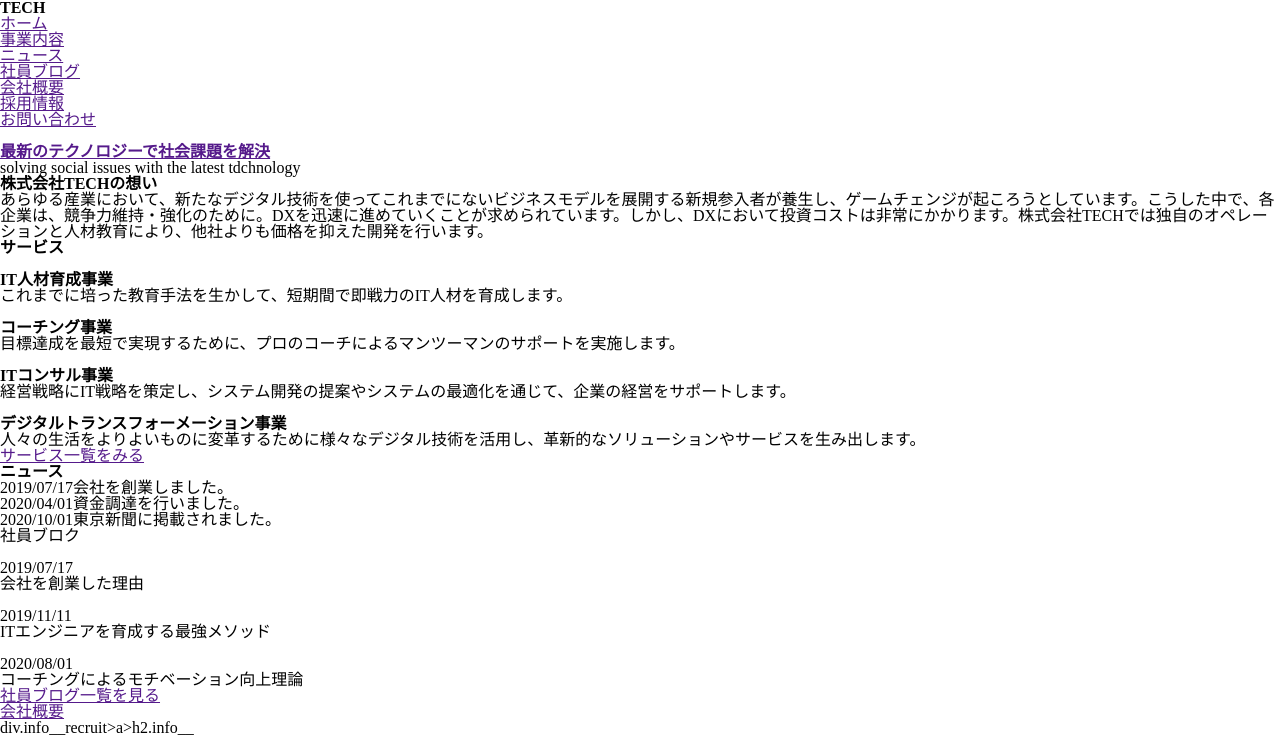
Repository: masanarimiura/20220516_miura
Page: index.html
These files come from the project's save history. The page is drawn as it stood at one moment and after a run of saves; the edit follows.
The browser window is 1280 px wide. The pictures show the whole page.

Above is the page before, as saved 2022-05-13 15:34:47.

### index.html
<!DOCTYPE html>
<html lang="ja">

<head>
  <meta charset="UTF-8">
  <meta http-equiv="X-UA-Compatible" content="IE=edge">
  <meta name="viewport" content="width=device-width, initial-scale=1.0">
  <title>Document</title>
  <link rel="stylesheet" href="css/reset.css">
  <link rel="stylesheet" href="css/index.css">
</head>

<body>

  <header class="header">
    <h2 class="header__ttl">TECH</h2>
    <nav class="header__nav">
      <ul>
        <li><a href="" class="header__nav__item1">ホーム</a></li>
        <li><a href="" class="header__nav__item2">事業内容</a></li>
        <li><a href="" class="header__nav__item3">ニュース</a></li>
        <li><a href="" class="header__nav__item4">社員ブログ</a></li>
        <li><a href="" class="header__nav__item5">会社概要</a></li>
        <li><a href="" class="header__nav__item6">採用情報</a></li>
        <li><a href="" class="header__nav__item7">お問い合わせ</a></li>
      </ul>
    </nav>
  </header>

  <div class="eyecatch">
    <img src="" alt="" class="eyecatch__img">
    <div class="eyecatch__content">
      <h2 class="eyecatch__content__ttl"><a href="" class="link">最新のテクノロジーで社会課題を解決</a></h2>
      <p class="eyecatch__content__ttl">solving social issues with the latest tdchnology</p>
    </div>
  </div>

  <div class="message">
    <h1 class="message__ttl">株式会社TECHの想い</h1>
    <p class="message__txt">
      あらゆる産業において、新たなデジタル技術を使ってこれまでにないビジネスモデルを展開する新規参入者が養生し、ゲームチェンジが起ころうとしています。こうした中で、各企業は、競争力維持・強化のために。DXを迅速に進めていくことが求められています。しかし、DXにおいて投資コストは非常にかかります。株式会社TECHでは独自のオペレーションと人材教育により、他社よりも価格を抑えた開発を行います。
    </p>
  </div>

  <div class="service">
    <h2 class="service__ttl">サービス</h2>
    <div class="service__inner">
      <div class="service__box1">
        <img src="" alt="" class="service__box__img">
        <h3 class="service__box__ttl">IT人材育成事業</h3>
        <p class="service__box__txt">これまでに培った教育手法を生かして、短期間で即戦力のIT人材を育成します。</p>
      </div>
      <div class="service__box2">
        <img src="" alt="" class="service__box__img">
        <h3 class="service__box__ttl">コーチング事業</h3>
        <p class="service__box__txt">目標達成を最短で実現するために、プロのコーチによるマンツーマンのサポートを実施します。</p>
      </div>
      <div class="service__box3">
        <img src="" alt="" class="service__box__img">
        <h3 class="service__box__ttl">ITコンサル事業</h3>
        <p class="service__box__txt">経営戦略にIT戦略を策定し、システム開発の提案やシステムの最適化を通じて、企業の経営をサポートします。</p>
      </div>
      <div class="service__box4">
        <img src="" alt="" class="service__box__img">
        <h3 class="service__box__ttl">デジタルトランスフォーメーション事業</h3>
        <p class="service__box__txt">人々の生活をよりよいものに変革するために様々なデジタル技術を活用し、革新的なソリューションやサービスを生み出します。</p>
      </div>
    </div>
    <div class="service__link"><a href="" class="">サービス一覧をみる</a></div>
  </div>

  <div class="news">
    <div class="news__ttl">
      <h2 class="news__ttl-txt">ニュース</h2>
      <div class="news__ttl-link"><a href=""></a></div>
    </div>
    <div class="news__content">
      <ul class="news__content-inner">
        <li class="news__content-tpic1">
          <p><a herf="">2019/07/17<span>会社を創業しました。</span></a></p>
        </li>
        <li class="news__content-tpic2">
          <p><a herf="">2020/04/01<span>資金調達を行いました。</span></a></p>
        </li>
        <li class="news__content-tpic3">
          <p><a herf="">2020/10/01<span>東京新聞に掲載されました。</span></a></p>
        </li>
      </ul>
    </div>
  </div>

  <div class="blog">
    <h class="blog__ttl">社員ブロク</h>
    <div class="blog__inner">
      <div class="blog__box1">
        <a href=""><img src="" alt="" class="blog__img"></a>
        <p class="blog__date">2019/07/17</p>
        <p class="blog__txt">会社を創業した理由</p>
      </div>
      <div class="blog__box2">
        <a href=""><img src="" alt="" class="blog__img"></a>
        <p class="blog__date">2019/11/11</p>
        <p class="blog__txt">ITエンジニアを育成する最強メソッド</p>
      </div>
      <div class="blog__box3">
        <a href=""><img src="" alt="" class="blog__img"></a>
        <p class="blog__date">2020/08/01</p>
        <p class="blog__txt">コーチングによるモチベーション向上理論</p>
      </div>
    </div>
    <div class="blog__link"><a href="">社員ブログ一覧を見る</a></div>
  </div>

  <div class="info">
    <div class="info__company">
      <a href="">
        <info__company__ttl>会社概要</info__company__ttl>
      </a>
    </div>
    div.info__recruit>a>h2.info__
  </div>



  <script src="js/main.js"></script>
</body>

</html>

### css/reset.css
/*
html5doctor.com Reset Stylesheet
v1.6.1
Last Updated: 2010-09-17
Author: Richard Clark - http://richclarkdesign.com
Twitter: @rich_clark
*/
html,
body,
div,
span,
object,
iframe,
h1,
h2,
h3,
h4,
h5,
h6,
p,
blockquote,
pre,
abbr,
address,
cite,
code,
del,
dfn,
em,
img,
ins,
kbd,
q,
samp,
small,
strong,
sub,
sup,
var,
b,
i,
dl,
dt,
dd,
ol,
ul,
li,
fieldset,
form,
label,
legend,
table,
caption,
tbody,
tfoot,
thead,
tr,
th,
td,
article,
aside,
canvas,
details,
figcaption,
figure,
footer,
header,
hgroup,
menu,
nav,
section,
summary,
time,
mark,
audio,
video {
  margin: 0;
  padding: 0;
  border: 0;
  outline: 0;
  font-size: 100%;
  vertical-align: baseline;
  background: transparent;
}

body {
  line-height: 1;
}

article,
aside,
details,
figcaption,
figure,
footer,
header,
hgroup,
menu,
nav,
section {
  display: block;
}

nav ul {
  list-style: none;
}

blockquote,
q {
  quotes: none;
}

blockquote:before,
blockquote:after,
q:before,
q:after {
  content: "";
  content: none;
}

a {
  margin: 0;
  padding: 0;
  font-size: 100%;
  vertical-align: baseline;
  background: transparent;
}

/* change colours to suit your needs */
ins {
  background-color: #ff9;
  color: #000;
  text-decoration: none;
}

/* change colours to suit your needs */
mark {
  background-color: #ff9;
  color: #000;
  font-style: italic;
  font-weight: bold;
}

del {
  text-decoration: line-through;
}

abbr[title],
dfn[title] {
  border-bottom: 1px dotted;
  cursor: help;
}

table {
  border-collapse: collapse;
  border-spacing: 0;
}

/* change border colour to suit your needs */
hr {
  display: block;
  height: 1px;
  border: 0;
  border-top: 1px solid #cccccc;
  margin: 1em 0;
  padding: 0;
}

input,
select {
  vertical-align: middle;
}

Loaded but not shown: css/index.css (no copy from this time; the picture is the same without it); js/main.js (no copy from this time; the picture is the same without it)

After the next 4 saves:
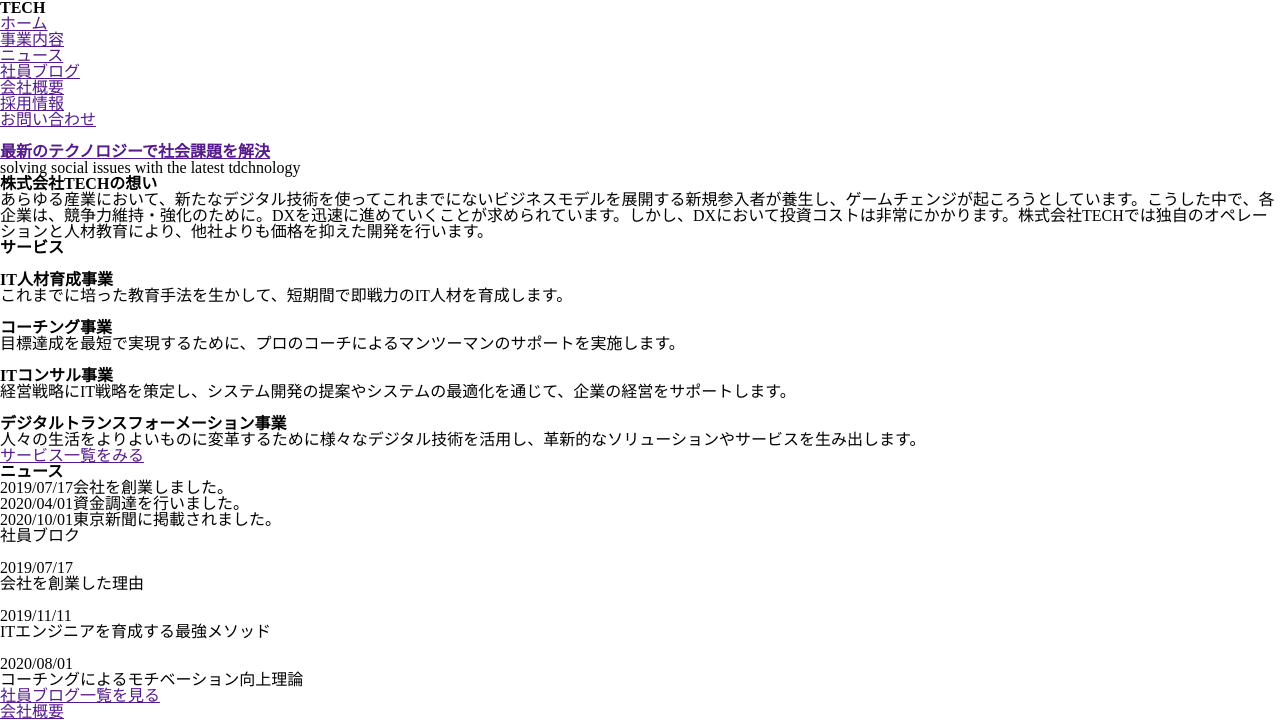
The 4 saves are shown as one change because they came seconds apart.
The last was saved 23 s later.
--- a/index.html
+++ b/index.html
@@ -117,7 +117,11 @@
         <info__company__ttl>会社概要</info__company__ttl>
       </a>
     </div>
-    div.info__recruit>a>h2.info__
+    <div class="info__recruit">
+      <a href="">
+        <h2 class="info__company__ttl"></h2>
+      </a>
+    </div>
   </div>
 
 
